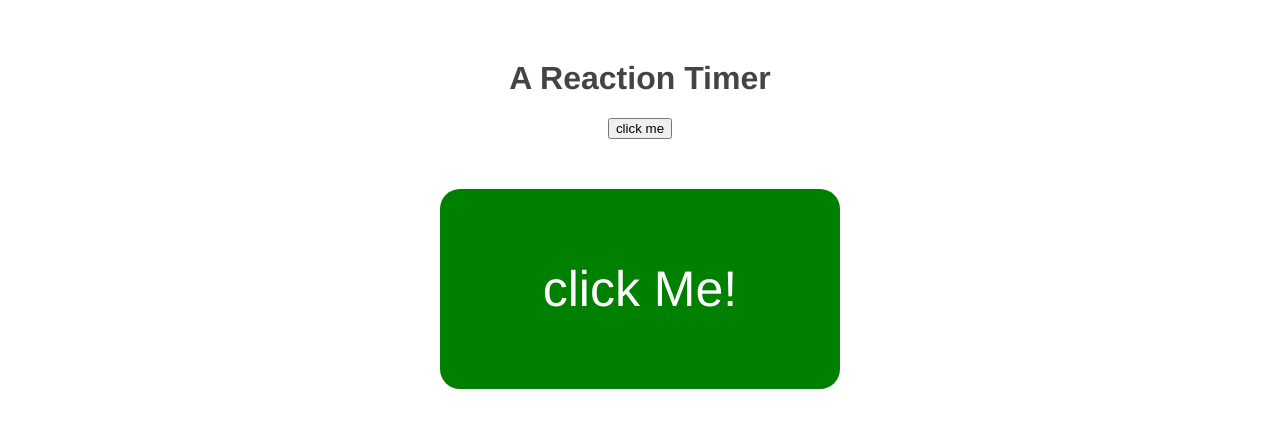
Repository: qudos4real/reaction-timer
Page: /
These files come from the project's save history. The page is drawn as it stood at one moment and after the next save; the edit follows.
The browser window is 1280 px wide. The pictures show the whole page.
The project was rebuilt for these pictures with package versions that can differ from the ones it lists, and the page was loaded fresh each time. Also part of the build but not shown: vue.config.js.

Above is the page before, as saved 2022-12-27 22:36:29.

### src/App.vue
<template>
 <h1>A Reaction Timer</h1>
 <button @click="start">click me</button>
 <Block />
</template>

<script>
import Block from './components/Block.vue';

export default {
  name: 'App',
  components: {
    Block
  },
  data() {
    return {
      isPlaying: false,
      delay: null,
    }
  },
  methods: {
    start() {
      this.isPlaying = true;
      this.delay = 2000 + Math.random() * 5000;
      console.log(this.delay);
    }
  }
}
</script>

<style>
#app {
  font-family: Avenir, Helvetica, Arial, sans-serif;
  -webkit-font-smoothing: antialiased;
  -moz-osx-font-smoothing: grayscale;
  text-align: center;
  color: #444;
  margin-top: 60px;
}
</style>

### src/components/Block.vue
<template>
    <div class="block">
        click Me!
        </div>
</template>

<script>
export default {

}
</script>

<style>
.block {
    width: 400px;
    border-radius: 20px;
    text-align: center;
    margin: 50px auto;
    line-height: 200px;
    background-color: green;
    color: white;
    font-size: 50px;
}
</style>

Loaded but not shown: public/index.html (common file); src/main.js (common file)

After the next save:
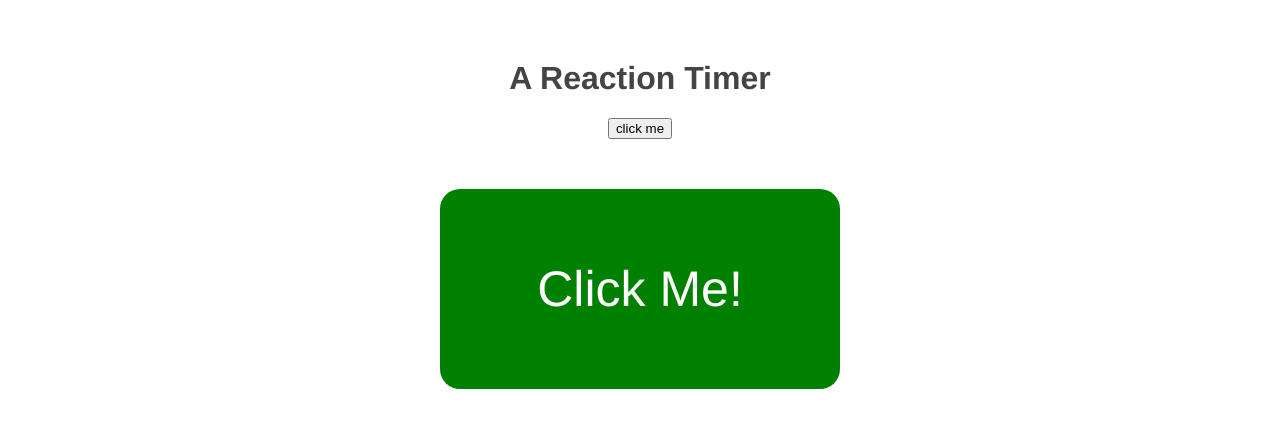
Saved 9 s later.
--- a/src/components/Block.vue
+++ b/src/components/Block.vue
@@ -1,6 +1,6 @@
 <template>
     <div class="block">
-        click Me!
+        Click Me!
         </div>
 </template>
 
